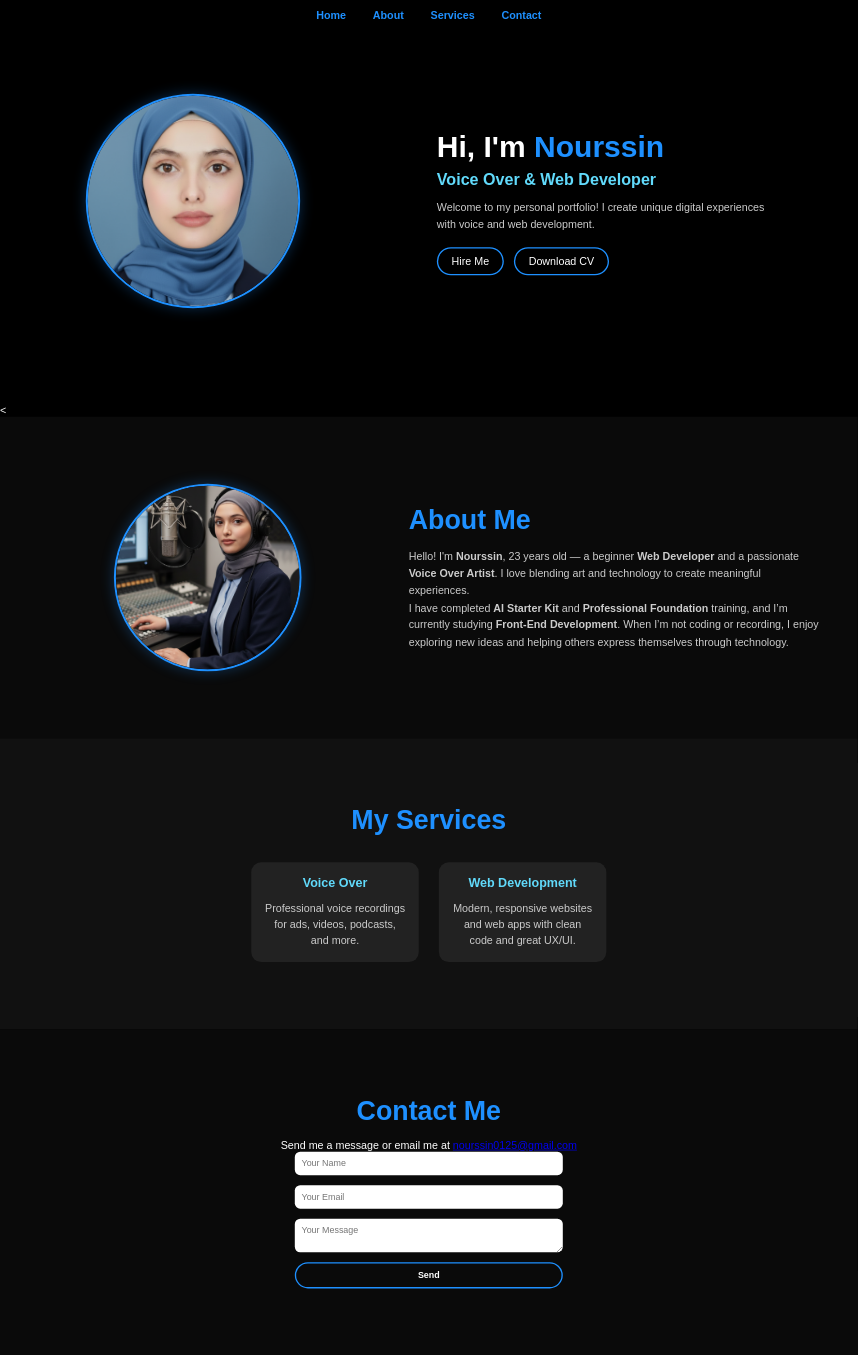
Repository: Abidar-Noura/portfolio
Page: index.html
An editor plug-in stored every save of this project. The page is shown before and after the next save, followed by the edit.
The browser window is 1280 px wide. The pictures show the whole page, at 67% of full size.

Above is the page before, as saved 2025-11-02 12:11:17.

After the next save:
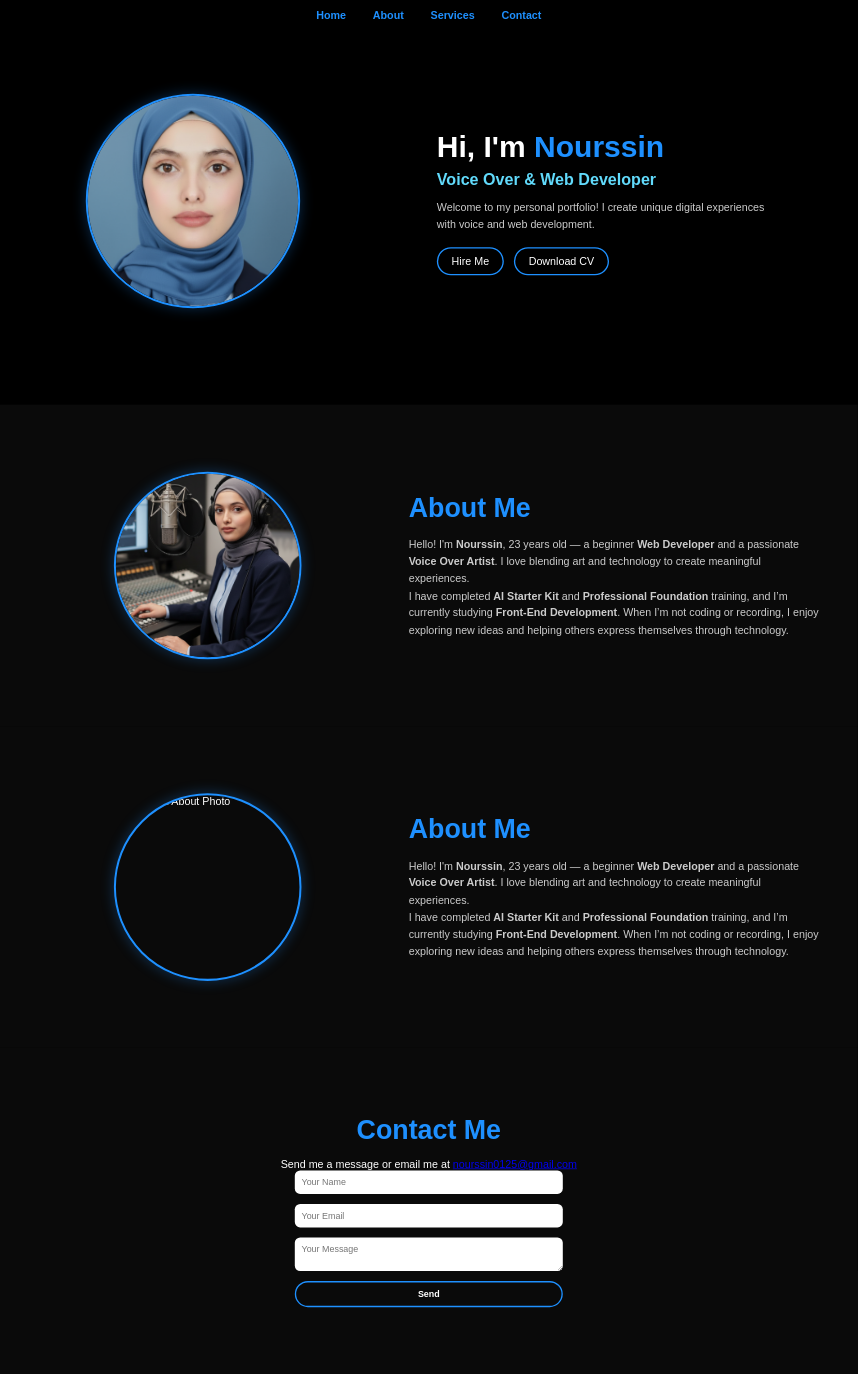
Not found: images/nourssin-about.jpg
Saved 2 min 52 s later.
--- a/index.html
+++ b/index.html
@@ -37,7 +37,7 @@
   </section>
 
   <!-- ===== ABOUT SECTION ===== -->
- <<section id="about" class="about">
+ <section id="about" class="about">
   <div class="about-content">
 
     <!-- الصورة فاليسار -->
@@ -65,20 +65,30 @@
 
 
   <!-- ===== SERVICES SECTION ===== -->
-  <section class="services" id="services">
-    <h2>My Services</h2>
-    <div class="service-cards">
-      <div class="card">
-        <h3>Voice Over</h3>
-        <p>Professional voice recordings for ads, videos, podcasts, and more.</p>
-      </div>
-      <div class="card">
-        <h3>Web Development</h3>
-        <p>Modern, responsive websites and web apps with clean code and great UX/UI.</p>
-      </div>
+  <section id="about" class="about">
+  <div class="about-content">
 
+    <!-- الصورة فاليسار -->
+    <div class="about-img">
+      <img src="images/nourssin-about.jpg" alt="Nourssin About Photo">
     </div>
-  </section>
+
+    <!-- النص فاليمين -->
+    <div class="about-text">
+      <h2>About Me</h2>
+      <p>
+        Hello! I'm <strong>Nourssin</strong>, 23 years old — a beginner <strong>Web Developer</strong> and a passionate <strong>Voice Over Artist</strong>.
+        I love blending art and technology to create meaningful experiences.
+      </p>
+      <p>
+        I have completed <strong>AI Starter Kit</strong> and <strong>Professional Foundation</strong> training, and I’m currently studying <strong>Front-End Development</strong>.
+        When I’m not coding or recording, I enjoy exploring new ideas and helping others express themselves through technology.
+      </p>
+    </div>
+
+  </div>
+</section>
+
 
   <!-- ===== CONTACT SECTION ===== -->
   <section class="contact" id="contact">

After the save that followed:
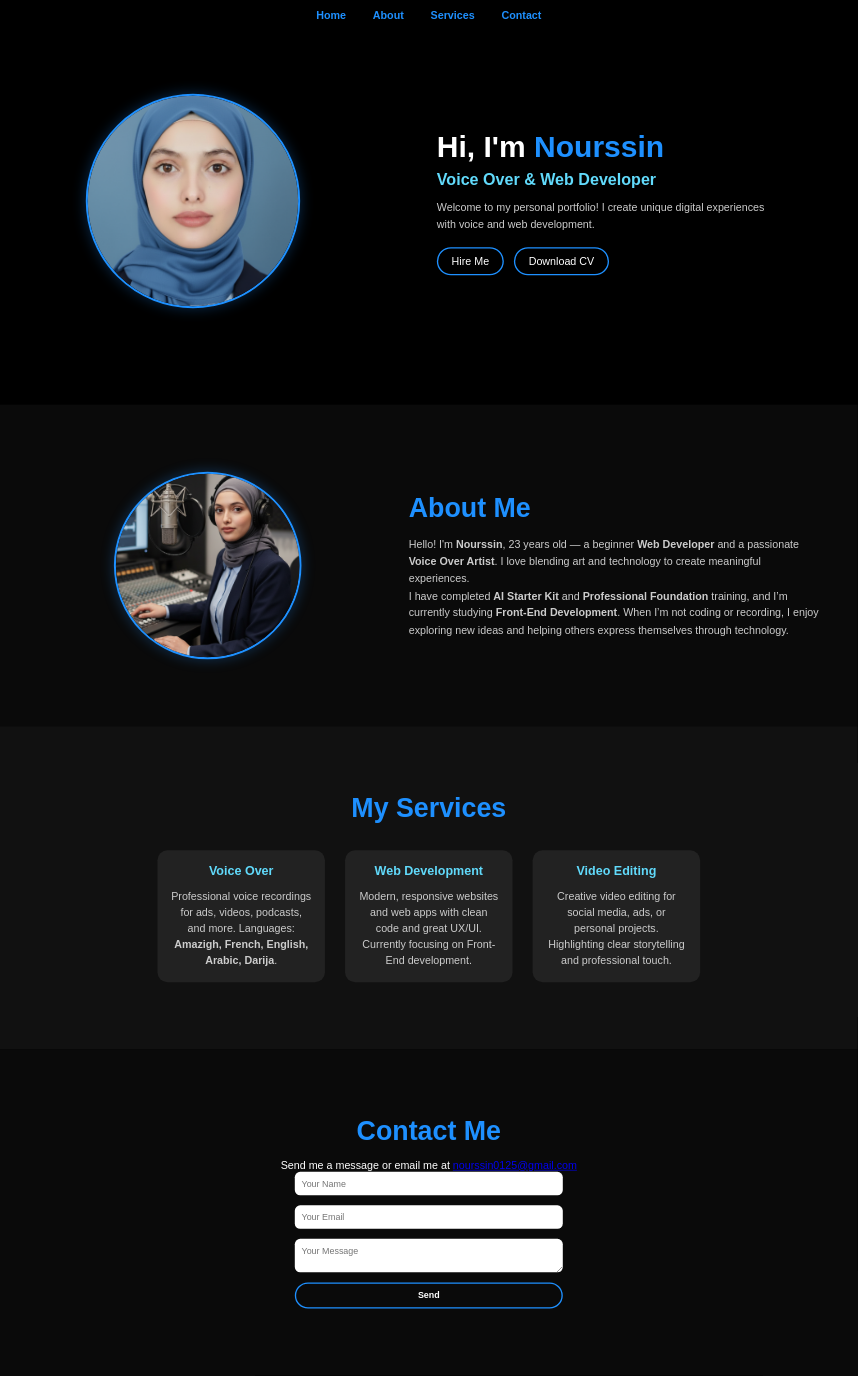
Saved 3 min 38 s later.
--- a/index.html
+++ b/index.html
@@ -65,31 +65,40 @@
 
 
   <!-- ===== SERVICES SECTION ===== -->
-  <section id="about" class="about">
-  <div class="about-content">
+  <section id="services" class="services">
+  <h2>My Services</h2>
 
-    <!-- الصورة فاليسار -->
-    <div class="about-img">
-      <img src="images/nourssin-about.jpg" alt="Nourssin About Photo">
+  <div class="service-cards">
+
+    <!-- Voice Over -->
+    <div class="card">
+      <h3>Voice Over</h3>
+      <p>
+        Professional voice recordings for ads, videos, podcasts, and more.
+        Languages: <strong>Amazigh, French, English, Arabic, Darija</strong>.
+      </p>
     </div>
 
-    <!-- النص فاليمين -->
-    <div class="about-text">
-      <h2>About Me</h2>
+    <!-- Web Development -->
+    <div class="card">
+      <h3>Web Development</h3>
       <p>
-        Hello! I'm <strong>Nourssin</strong>, 23 years old — a beginner <strong>Web Developer</strong> and a passionate <strong>Voice Over Artist</strong>.
-        I love blending art and technology to create meaningful experiences.
+        Modern, responsive websites and web apps with clean code and great UX/UI.
+        Currently focusing on Front-End development.
       </p>
+    </div>
+
+    <!-- Video Editing -->
+    <div class="card">
+      <h3>Video Editing</h3>
       <p>
-        I have completed <strong>AI Starter Kit</strong> and <strong>Professional Foundation</strong> training, and I’m currently studying <strong>Front-End Development</strong>.
-        When I’m not coding or recording, I enjoy exploring new ideas and helping others express themselves through technology.
+        Creative video editing for social media, ads, or personal projects.
+        Highlighting clear storytelling and professional touch.
       </p>
     </div>
 
   </div>
 </section>
-
-
   <!-- ===== CONTACT SECTION ===== -->
   <section class="contact" id="contact">
     <h2>Contact Me</h2>
